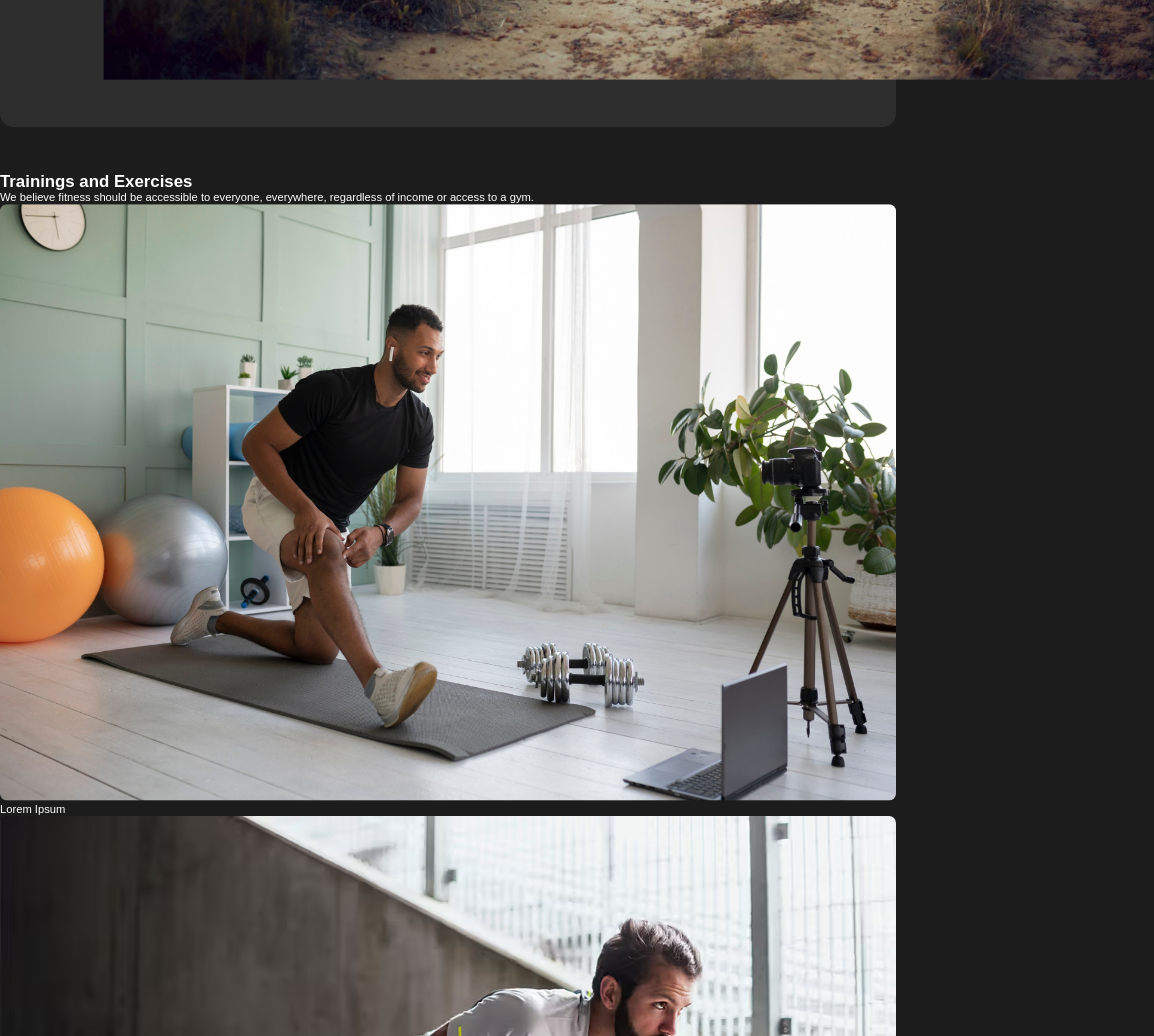
Repository: Aminul-Islam85/Assignment-2
Page: index.html
The author's editor kept a copy of each file at every save. The page is drawn from the files as they stood at one save, then again after the next save.
The browser window is 1280 px wide. The page is 1648 px wide, so the pictures cover 1648 px, including what lies to the right of the window. The pictures show the part of the page from y = 1884 to 3364 px (the page is 8916 px tall before and 9097 px after), at 70% of full size.

Above is the page before, as saved 2024-10-23 18:24:11.

### index.html
<!DOCTYPE html>
<html lang="en">
<head>
    <meta charset="UTF-8">
    <meta name="viewport" content="width=device-width, initial-scale=1.0">
    <title>Fitness Website</title>
    <link rel="stylesheet" href="styles.css">
</head>
<body>

    <nav class="navbar">
        <h1 class="heading-text">Fitness</h1>
        <ul class="nav-links">
            <li><a href="#">Home</a></li>
            <li><a href="#">Service</a></li>
            <li><a href="#">Contact</a></li>
            <li><a href="#">About</a></li>
        </ul>
        <div class="hamburger">
            <span></span>
            <span></span>
            <span></span>
        </div>
    </nav>

    <section class="hero">
        <div class="hero-content">
            <h1>Get Body in <span class="highlighted">shape</span> & stay healthy</h1>
            <p>A huge selection of health and fitness content, healthy recipes and transformation stories to help you get fit and stay fit!</p>
            <div class="hero-buttons">
                <button class="cta-btn join-btn"> Join Club Now</button>
                <button class="cta-btn download-btn">Download App</button>
            </div>
        </div>
        <div class="hero-image">
            <img src="images/image 5.png" alt="Trainer">
        </div>

        <div class="info-card workout-card">500+<br>Free Workout Videos</div>
        <div class="info-card tutorial-card">350+<br>Video Tutorials</div>
    </section>

    <section class="habits">
        <h1>Change Your Habits</h1>
        <p>We believe fitness should be accessible to everyone, everywhere, regardless of income or access to a gym.</p>
        <div class="habits-gallery">
            <div class="habit-item">
                <img src="images/image 3.png" alt="Movement">
                <h3>Movement</h3>
                <p>We believe fitness should be accessible to everyone</p>
            </div>
            <div class="habit-item">
                <img src="images/image 2.png" alt="Time">
                <h3>Time</h3>
                <p>We believe fitness should be accessible to everyone</p>
            </div>
            <div class="habit-item">
                <img src="images/image 4.png" alt="Practice">
                <h3>Practices</h3>
                <p>We believe fitness should be accessible to everyone</p>
            </div>
            <div class="habit-item">
                <img src="images/image 5.png" alt="Wait Loss">
                <h3>Weight Loss</h3>
                <p>We believe fitness should be accessible to everyone</p>
            </div>
        </div>

    </section>

    <section class="extra-mile">
        <div class="extra-mile-content">
            <h2>Run an Extra Mile Easily</h2>
            <p>We believe fitness should be accessible to everyone, everywhere, regardless of income or access to a gym. With hundreds of professional workouts.</p>
            <button class="cta-btn extra-mile-btn">Join NOW</button>
        </div>
        <div class="extra-mile-image">
            <img src="images/run.jpg" alt="Run Image">
        </div>
    </section>

    <section trainings-exercises>
        <h2>Trainings and Exercises</h2>
        <p>We believe fitness should be accessible to everyone, everywhere, regardless of income or access to a gym.</p>
        <div>
            <div class="exercise-item">
                <img src="images/exercise1.jpg" alt="Exercise-1">
                <div exercise-overlay>
                    <p>Lorem Ipsum</p>
                </div>

            </div>
            <div class="exercise-item">
                <img src="images/exercise2.png" alt="Exercise-2">
                <div exercise-overlay>
                    <p>Lorem Ipsum</p>
                </div>
            </div>
            <div class="exercise-item">
                <img src="images/exercise3.png" alt="Exercise-3">
                <div exercise-overlay>
                    <p>Lorem Ipsum</p>
                </div>
            </div>
            <div class="exercise-item">
                <img src="images/exercise4.png" alt="Exercise-4">
                <div exercise-overlay>
                    <p>Lorem Ipsum</p>
                </div>
            </div>
            <div class="exercise-item">
                <img src="images/exercise5.jpg" alt="Exercise-5">
                <div exercise-overlay>
                    <p>Lorem Ipsum</p>
                </div>
            </div>
            <div class="exercise-item">
                <img src="images/run.jpg" alt="">
                <div exercise-overlay>
                    <p>Lorem Ipsum</p>
                </div>
            </div>
        </div>
    </section>

    <section bmi-calculator>
        <div class="bmi-title">
            <h2>BMI Calculator</h2>
            <p>We believe fitness should be accessible to everyone, everywhere, regardless of income or access to a gym.</p>
        </div>
        <div class="bmi-content">
            <div class="bmi-chart">
                <h3>BMI Calculator Chart</h3>
                <table>
                    <thead>
                        <tr>
                            <th>BMI</th>
                            <th>Weight Status</th>
                        </tr>
                    </thead>
                    <tbody>
                        <tr>
                            <td>Below 18.5</td>
                            <td>Underweight</td>
                        </tr>
                        <tr>
                            <td>18.5 - 24.9</td>
                            <td>Healthy</td>
                        </tr>
                        <tr>
                            <td>25.0 - 29.9</td>
                            <td>Overweight</td>
                        </tr>
                        <tr>
                            <td>30.0 - and Above</td>
                            <td>Obese</td>
                        </tr>
                    </tbody>
                </table>
            </div>

            <div>
                <h3>Calculate your BMI</h3>
                <p>We believe fitness should be accessible to everyone, everywhere, regardless of income or access to a gym.</p>
                <form>
                    <input type="text" placeholder="Height/cm">
                    <input type="text" placeholder="Weight/kg">
                    <input type="text" placeholder="Age">
                    <select>
                        <option value="">Sex</option>
                        <option value="">Male</option>
                        <option value="">Female</option>
                    </select>
                    <select>
                        <option value="">Select an activity factor</option>
                        <option value="">Sedentary</option>
                        <option value="">Lightly active</option>
                        <option value="">Moderatly active</option>
                        <option value="">Very active</option>
                    </select>
                </form>
            </div>
        </div>
    </section>

    <section class="team-selection">
        <div class="team-title">
            <h2>Meet Our Team</h2>
            <p>We believe fitness should be accessible to everyone, everywhere, regardless of income or access to a gym.</p>
        </div>
        <div class="team-content">
            <div class="team-member">
                <img src="images/trainer1.png" alt="Jerome Bell">
                <div class="team-overlay">
                    <h3>Jerome Bell</h3>
                    <p>Trainer</p>
                </div>
            </div>
            <div class="team-member">
                <img src="images/trainer2.png" alt="Cameron Williamson">
                <div team-overlay>
                    <h3>Cameron Williamson</h3>
                    <p>Trainer</p>
                </div>
            </div>
            <div class="team-member">
                <img src="images/trainer3.png" alt="Darrell Steward">
                <div team-overlay>
                    <h3>Darrell Steward</h3>
                    <p>Trainer</p>
                </div>
            </div>
            <div class="team-member">
                <img src="images/trainer4.png" alt="Dianne Russell">
                <div team-overlay>
                    <h3>Dianne Russell</h3>
                    <p>Trainer</p>
                </div>
            </div>
            <div class="team-member">
                <img src="images/trainer5.png" alt="Cody Fisher">
                <div team-overlay>
                    <h3>Cody Fisher</h3>
                    <p>Trainer</p>
                </div>
            </div>
            <div class="team-member">
                <img src="images/trainer6.png" alt="Theresa Webb">
                <div team-overlay>
                    <h3>Theresa Webb</h3>
                    <p>Trainer</p>
                </div>
            </div>
        </div>
    </section>

    <footer class="footer-section">
        <div class="footer-content">
            <div class="footer-brand">
                <h2 class="footer-logo">Fitness</h2>
                <p>We believe fitness should be accessible to everyone, everywhere, regardless of income or access to a gym.</p>
            </div>
            <div class="footer-links">
                <h3>Get Startted</h3>
                <ul>
                    <li><a href="#">Service</a></li>
                    <li><a href="#">Contact Us</a></li>
                    <li><a href="#">Affiliate Program</a></li>
                    <li><a href="#">About Us</a></li>
                </ul>

            </div>
            <div class="footer-links">
                <h3>Get Started</h3>
                <ul>
                    <li><a href="#">Fitness</a></li>
                    <li><a href="#">Platform</a></li>
                    <li><a href="#">Workout Library</a></li>
                    <li><a href="#"></a>App Design</li>
                </ul>
            </div>
        </div>
    </footer>
</body>
</html>

### styles.css
/*Global Styles*/
* {
    margin: 0;
    padding: 0;
    box-sizing: border-box;
}

body {
    font-family: 'Arial', sans-serif;
    background-color:#1c1c1c;
    color: #fff;
}

/*Navbar*/
.navbar {
    display: flex;
    justify-content: space-between;
    align-items: center;
    padding: 1rem 2rem;
    background-color: transparent;
}

.heading-text {
    font-size: 1.5rem;
    color: #ff5e00;
}

/*nav-link hidden in moble*/
.nav-links {
    list-style: none;
    display: flex;
    gap: 2rem;
}

.nav-links a {
    color: #fff;
    text-decoration: none;
    font-size: 1rem;
}

/*Hamburger menu hidden in desktop*/
.hamburger {
    display: none;
    flex-direction: column;
    cursor: pointer;
}

.hamburger span {
    width: 25px;
    height: 3px;
    background-color: #fff;
    margin: 4px;
    transition: 0.3s;
}

/*responsiveness*/

@media (max-width: 768px) {
    .nav-links {
        display: none;
    }
    .hamburger {
        display: flex;
    }
    /*hamburger clicked show nav-links*/
    .navbar.active .nav-links {
        display: flex;
        flex-direction: column;
        position: absolute;
        top: 60px;
        right: 0;
        background-color: #121212;
        width: 100%;
        height: auto;
        text-align: center;
        padding: 1rem 0;
    }
    .nav-links li {
        margin: 1rem 0;
    }
}

/* Hero section*/
.hero {
    display: flex;
    justify-content: space-between;
    align-items: center;
    padding: 4rem 2rem;
    background-color: #121212;
    position: relative;
}
.hero-content {
    max-width: 50%;
}

.hero h1 {
    font-size: 3rem;
    line-height: 1.2;
    margin-bottom: 1rem;
}

.hero .highlighted {
    font-style: italic;
    font-weight: 700;
    color: #ff5e00;
}

.hero p {
    font-size: 1.2rem;
    margin-bottom: 2rem;
}

.hero-buttons {
    display: flex;
    gap: 1rem;
}

.cta-btn {
    padding: 1rem 2rem;
    font-size: 1rem;
    border: none;
    border-radius: 5px;
    cursor: pointer;
}

.join-btn {
    background-color: #ff5e00;
    color: #fff;
}

.download-btn {
    background-color: transparent;
    border: 2px solid #fff;
    color: #fff;

}

.hero-image img {
    max-width: 100%;
    height: auto;
}

/*Info Cards*/
.info-card {
    position: absolute;
    background-color: #2e2e2e;
    color: white;
    border-radius: 8px;
    padding: 1re 1.5rem;
    font-size: 1.2rem;
    font-weight: bold;
    text-align: center;
}

.workout-card {
    top: 30%;
    right: 10%;
}

.tutorial-card {
    top: 60%;
    left: 55%;
}

/*Hero reponsive for mobile*/
@media (max-width: 768px) {
.hero {
    flex-direction: column;
    text-align: center;
}
.hero-content {
    max-width: 100%;
    margin-bottom: 2rem;
}
.hero-image img {
    max-width: 100%;
    height: auto;
}
.info-card {
    font-size: 1rem;
    padding: 0.75rem 1 rem;
    position: relative;
    margin: 1rem auto;
    width: auto;
}
.workout-card, .tutorial-card {
    top: auto;
    left: auto;
    right: auto;
    transform: none;
    margin-bottom: 1rem;
 }
}

/*Hero Buttons on mobile*/
@media (max-width:480px) {
    .hero-buttons {
        flex-direction: column;
        gap: 1rem;
    }
    .cta-btn {
        width: 100%;
    }
}

/*Change habit section*/
.habits {
    padding: 4rem 2rem;
    text-align: center;
    background-color: #121212;
}

.habits h2 {
    font-size: 2.5rem;
    margin-bottom: 1rem;
}

.habits p {
    font-size: 1.2rem;
    margin-bottom: 2rem;
}

.habits-gallery {
    display: flex;
    justify-content: space-around;
    align-items: center;
    flex-wrap: wrap;
    gap: 2rem;
}

.habit-item {
    text-align: center;
    max-width: 200px;
}

.habit-item img {
    width: 100px;
    height: 100px;
    border-radius: 50%;
    margin-bottom: 1rem;
}

.habit-item h3 {
    font-size: 1.5rem;
    margin-bottom: 0.5rem;
}
.habit-item p {
    font-size: 1rem;
    color: #aaa;
}

/*Extra mile section*/
.extra-mile {
    display: flex;
    justify-content: space-between;
    align-items: center;
    background-color: #2e2e2e;
    padding: 4rem 2rem;
    border-radius: 20px;
    margin: 4rem 0;
}

.extra-mile-content {
    max-width: 50%;
}
.extra-mile h2 {
    font-size: 2.5rem;
    margin-bottom: 1rem;
}
.extra-mile p {
    font-size: 1.2rem;
    margin-bottom: 2rem;
}
.extra-mile btn {
    background-color: #ff5e00;
    color: white;
    border: none;
    padding: 1rem 2rem;
    border-radius: 5px;
    cursor: pointer;
}
.extra-mile image img {
    border-radius: 10px;
    max-width: 100%;
}
/*Footer*/
footer {
    text-align: center;
    padding: 1rem;
    background-color: #333;
    color: #fff;
    margin-top: 2rem;
}
/*responsive design*/
@media (max-width: 768px) {
    .hero h1 {
        font-size: 2rem;
    }
    .hero p {
        font-size: 1rem;
    }
    .extra-mile {
        flex-direction: column;
        text-align: center;
    }
    .extra-mile-content, .extra-mile-image {
        max-width: 100%;
    }
}

@media (max-width: 480px) {
    hero h1 {
        font-size: 1.5rem;
    }
    .hero p {
        font-size: 0.9rem;
    }
}

/* Trainings and Exercise*/
.trainings-exercises {
    padding: 4rem 2rem;
    text-align: center;
    background-color: #121212;
}

.trainings-exercises h2 {
    font-size: 2.5rem;
    margin-bottom: 1rem;
}
.trainings-exercises p {
    font-size: 1.2rem;
    margin-bottom: 2rem;
    color: #aaa;
}
.exercise-gallery {
    display: grid;
    grid-template-columns: repeat(3, 1fr);
    gap: 1rem;
}
.exercise-item {
    position: relative;
}
.exercise-item img {
    width: 100%;
    height: auto;
    border-radius: 10px;
}
.exercise-overlay {
    position: absolute;
    top: 0;
    left: 0;
    width: 100%;
    height: 100%;
    background-color: rgba(0, 0, 0, 0.5);
    color: white;
    display: flex;
    justify-content: center;
    align-items: center;
    opacity: 0;
    transition: opacity 0.3s ease;
    border-radius: 10px;
}
.exercise-item:hover .exercise-overlay {
    opacity: 1;
}
.exercise-overlay p {
    font-size: 1.2rem;
    text-align: center;
}

/*BMI*/
.bmi-calculator {
    background-color: #121212;
    padding: 4rem 2rem;
}
.bmi-title {
    text-align: center;
    margin-bottom: 2rem;
}
.bmi-title h2 {
    font-size: 2.5rem;
    margin-bottom: 1rem;
    color: #fff;
}
.bmi-title p {
    font-size: 1.2rem;
    color: #aaa;
}

/*calculator*/
.bmi-content {
    display: flex;
    justify-content: space-between;
    align-items: flex-start;
    background-color: #2e2e2e;
    padding: 2rem;
    border-radius: 20px;
}
.bmi-chart {
    flex: 1;
    margin-right: 2rem;
}
.bmi-chart h3 {
    color:#fff;
    margin-bottom: 1rem;
}
.bmi-chart table {
    width: 100%;
    border-collapse: collapse;
}
.bmi-chart table th, .bmi-chart table td {
    padding: 1rem;
    text-align: left;
    border: 1px solid #fff;
    color: #fff;
}
.bmi-form {
    flex: 1;
}
.bmi-form h3 {
    color: #fff;
    margin-bottom: 1rem;
}
.bmi-form p {
    margin-bottom: 2rem;
    color: #aaa;
}
.bmi-form input, .bmi-form select {
    width: 100%;
    padding: 1rem;
    margin-bottom: 1rem;
    border-radius: 5px;
    border: none;
    background-color: #333;
    color: #fff;
}
.bmi-form select {
    cursor: pointer;
}
.bmi-form .calculate-btn {
    background-color: #ff5e00;
    color: white;
    border: none;
    padding: 1rem 2rem;
    border-radius: 5px;
    cursor: pointer;
    width: 100%;
    text-align: center;
}

/*responsiveness*/
@media (max-width: 768px) {
    .bmi-content {
        flex-direction: column;
    }
    .bmi-chart {
        margin-right: 0;
        margin-bottom: 2rem;
    }
}

/*Meet our team*/
.team-selection {
    background-color: #121212;
    padding: 4rem 2rem;
}
.team-title {
    text-align: center;
    margin-bottom: 2rem;
}
.team-title h2 {
    font-size: 2.5rem;
    margin-bottom: 1rem;
    color: #fff;
}
.team-title p {
    font-size: 1.2rem;
    color: #aaa;
}

/*Team-content*/
.team-content {
    display: grid;
    grid-template-columns: repeat(3,1fr);
    gap: 1.5rem;
    background-color: #2e2e2e;
    padding: 2rem;
    border-radius: 20px;
}
.team-member {
    position: relative;
    border-radius: 10px;
    overflow: hidden;
}
.team-member img {
    width: 100%;
    height: auto;
    border-radius: 10px;
}
.team-overlay {
    position: absolute;
    bottom: 0;
    left: 0;
    width: 100%;
    background-color: rgba(0, 0, 0, 0.5);
    color: white;
    padding: 1rem;
    text-align: center;
    transition: background-color 0.3s ease;
}
.team-member:hover .team-overlay {
    background-color: rgba(0, 0, 0, 0.7);
}
.team-overlay h3 {
    margin: 0;
    font-size: 1.2rem;
}
.team-overlay p {
    margin: 0.5rem 0 0;
    font-size: 0.9rem;
}

/*responsive design*/
@media (max-width: 768px) {
    .team.content {
        grid-template-columns: repeat(2, 1fr);
    }
}

@media (max-width: 480px) {
    .team.content {
        grid-template-columns: 1fr;
    }
}

/*footer section*/
.footer-section {
    background-color: #2e2e2e;
    padding: 4rem 2rem;
    color: #fff;
}
.footer-content {
    display: flex;
    justify-content: space-between;
    align-items: flex-start;
    margin-bottom: 2rem;
}
.footer-logo {
    font-size: 2.5rem;
    color: #ff5e00;
}
.footer-content p {
    max-width: 300px;
    color: #aaa;
}
.footer-links {
    display: flex;
    flex-direction: column;
}
.footer-links h3 {
    margin-bottom: 1rem;
}
.footer-links ul {
    list-style: none;
    padding: 0;
}
.footer-links li {
    margin-bottom: 0.5rem;
}
.footer-links a {
    color: #fff;
    text-decoration: none;
    transition: 0.3s ease;
}
.footer-links a:hover {
    color: #ff5e00;
}
.footer-bottom {
    text-align: center;
    padding-top: 1rem;
    border-top: 1px solid #444;
    color: #aaa;
}

/*rensiveness*/
@media (max-width: 768px) {
    .footer-content {
        flex-direction: column;
        text-align: center;
    }
    .footer-links {
        margin-top: 2rem;
    }
}

After the next save:
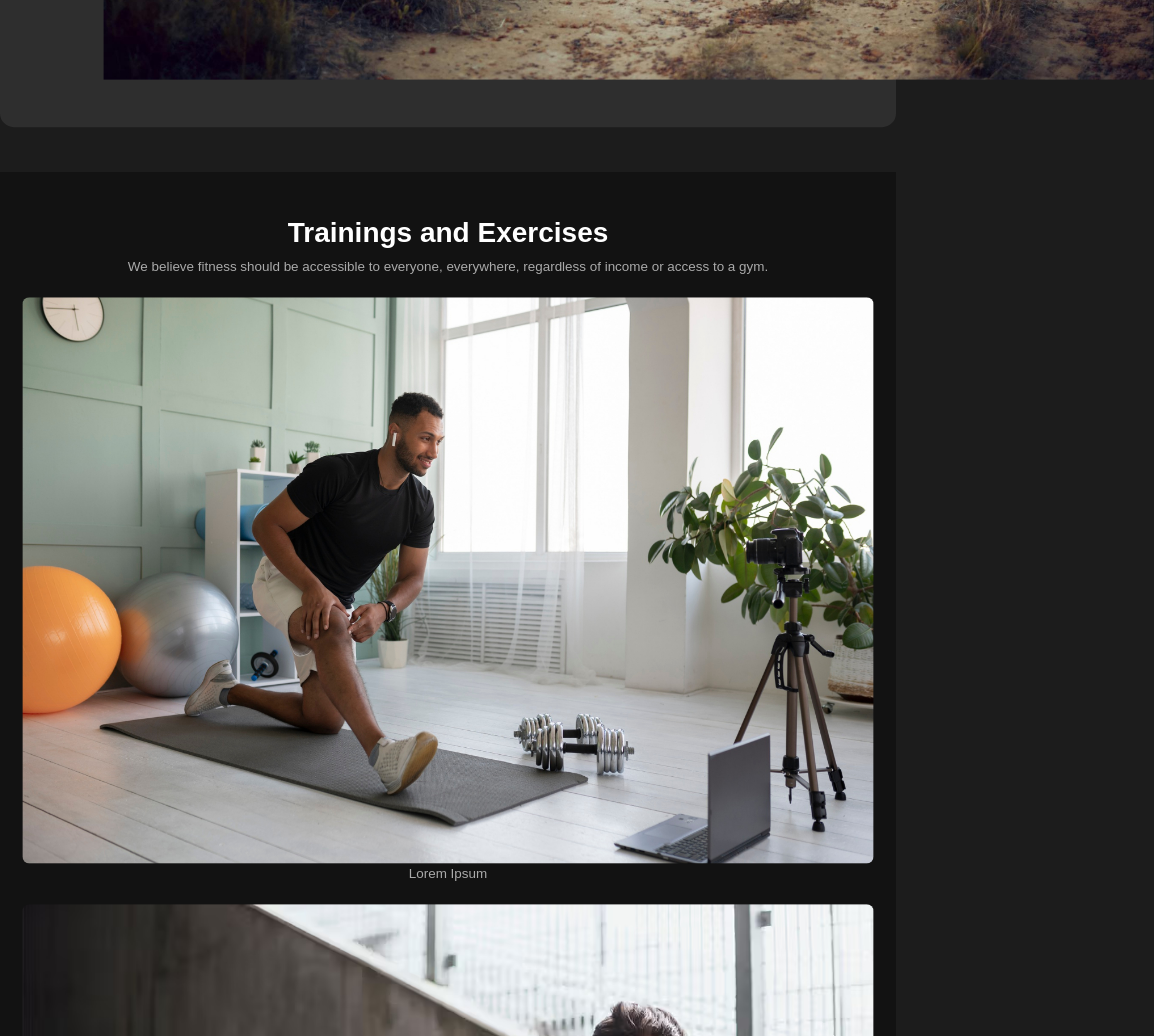
Saved 73 s later.
--- a/index.html
+++ b/index.html
@@ -79,7 +79,7 @@
         </div>
     </section>
 
-    <section trainings-exercises>
+    <section class="trainings-exercises">
         <h2>Trainings and Exercises</h2>
         <p>We believe fitness should be accessible to everyone, everywhere, regardless of income or access to a gym.</p>
         <div>
